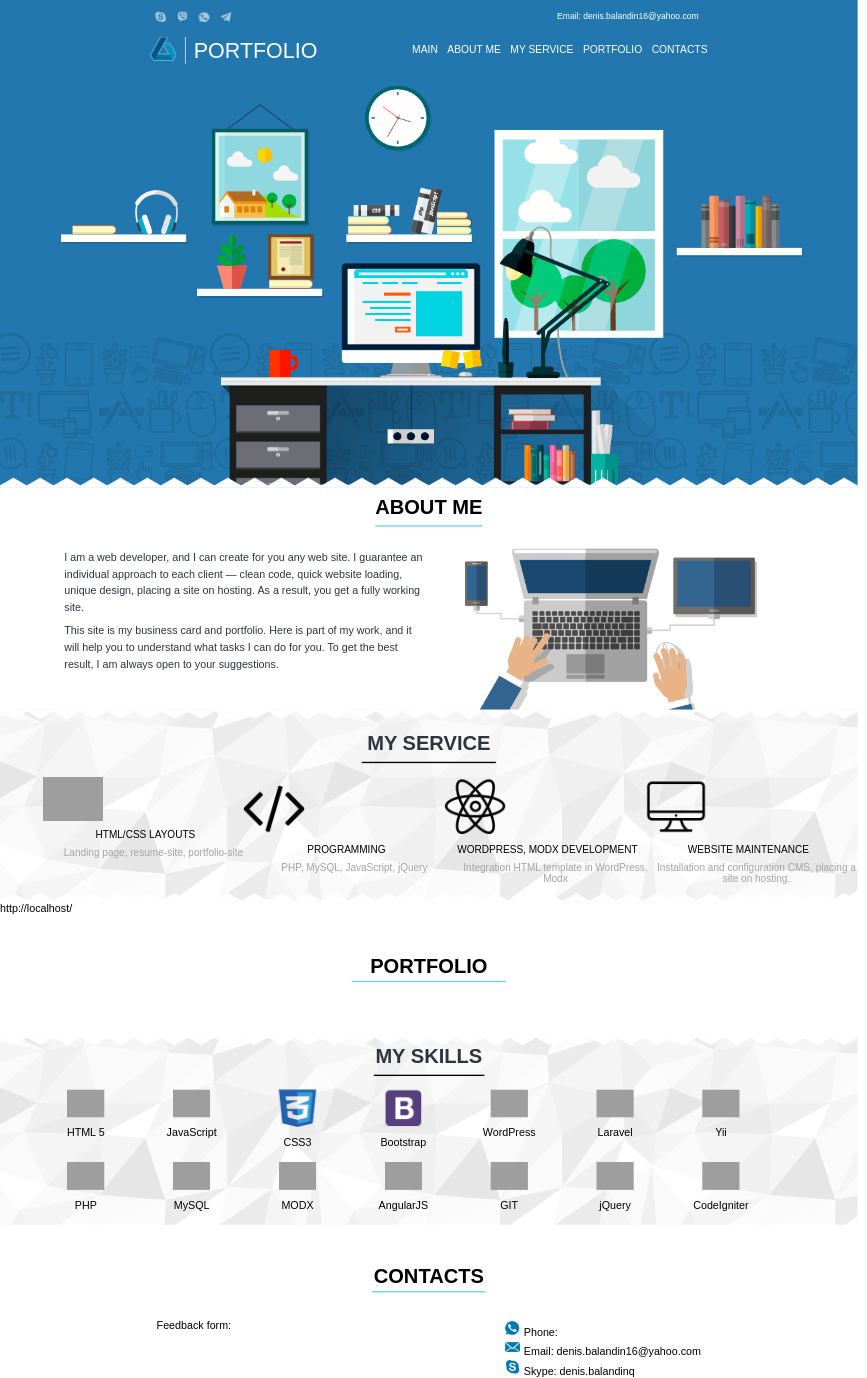
Repository: DenisBalandin/Portfolio
Page: /
An editor plug-in stored every save of this project. The page is shown before and after the next save, followed by the edit.
The browser window is 1280 px wide. The page is 1294 px wide, so the pictures cover 1294 px, including what lies to the right of the window. The pictures show the whole page, at 67% of full size.
Pictures or frames that could not be fetched are drawn as grey boxes. The page's requests for data from a server got no answer. The project was rebuilt for these pictures with package versions that can differ from the ones it lists, and the page was loaded fresh each time. No one was signed in, and anything a server would have sent is missing. Also part of the build but not shown: src/ItemPage.js.

Above is the page before, as saved 2020-03-07 15:13:46.

### src/App.js
import React from 'react';
import './style.scss';
import ItemPage from './ItemPage';
import Home from './Home';
import Header from './Header';


import {BrowserRouter as Router,Route, Link} from 'react-router-dom';

function App(){
  return (
    <Router>
      <Header/>
      <Route exact path="/pageitem" component={ItemPage} />

      <Route exact path="/pageitem/:itemid" component={ItemPage} />
      <Route exact path="/" component={Home} />
    </Router>
  );
}

export default App;

### src/style.scss
*{padding: 0; margin: 0;}
body{font-family: Arial; min-width: 500px; }
a{text-decoration: none; color: #FFFFFF; text-decoration: none;}
li{list-style: none;}

/* Heder */
#first_page_bg{
    width:100%;
    height: 70%;
    background: #2277ae;
    header{
        width: 65%;
        margin: 0 auto 0 auto;
        .up_menu_links{
            display: flex;
            justify-content: space-between;
           padding: 2% 0 0 0;
            .social_link{
                width: 30%;
                a{

                    img{
                        width: 7%;
                    }
                    margin: 0 3% 0 3%;
                }
            }
            .email_heder{
                 width: 30%;
                margin: 0 1.5% 0 0;
                a{
                    // display: flex;
                    .email_icon{
                        // width: 15%;
                        // width: 100%;
                        img{
                            width: 100%;
                            // position: absolute;
                            margin: 0 0 0 -2%;
                            // height: 100%;
                        }
                    }
                    div{
                        margin: 0.3% -2% 0 15%;
                        font-size: 1.0vw;
                    }
                }
            }
        }
        menu{
            margin:2% 0 5% 0;
            display: flex;
            justify-content: space-between;
            flex-wrap: wrap;
            width: 100%;
            .logo{
                width: 30%;
                display: flex;
                height: 100%;
                img{
                   width: 100%;
                //    height: 100%;
                //    margin: 5% 0 0% 0;
                }
                .company_name{
                    margin: auto;
                    margin: 0% 0 0 5%;
                    // height: 90%;
                    padding: 0 0 0 5%;
                    border-left: #FFFFFF 1px solid;
                    font-size: 2.5vw;
                    // height: 100%;
                    display: table;
                    a{
                        vertical-align: middle;
                    }
                }
            }
            .menu_heder{
                padding: 1.2% 0 0 0;
                width: 53%;
                display: flex;
                justify-content: space-between;
                div{
                    display: table;
                    a{
                        font-size: 1.2vw;
                        vertical-align: middle;

                    }
                    a:hover{
                        text-decoration: underline;
                    }
                }
            }
        }
    }
}
/*Heder end*/

/*Page*/
#first_page_bg_single{ width: 100%; height: 195px; background: #2277ae; padding:0px 0 0 0; overflow: hidden;}
.bg_page_insaide_page{width: 100%; background: url("img/pattop1.png") repeat-x; height: 230px; position: relative; z-index:5;}
.deltatop_page_page{width: 100%; background: url("img/deltatop.png") repeat-x; height: 14px; position: relative; z-index: 20; margin: -13px 0 0 0;}
#content_page{
    max-width: 1200px;
    margin: 30px auto 0px auto;
    display: flex;
    flex-wrap: wrap;
    flex-direction: row;
    justify-content: space-around;
}
.content_pageh1{
    font-size: 30px;
    text-transform: uppercase;
    text-align: center;
    font-weight: bold;
    position: relative;
    margin-bottom: 30px;
    color:#303440;
    text-decoration: underline;
    padding: 40px 0 10px 0;
}
#content_page img{
    width: 100%;
    height: auto;
}
/*Page end*/
.order_site{float: right; margin: 15px 0 0 20px; width: 178px; height: 30px; border: 1px solid #6ca6cd; text-align: center; color: #ffffff; padding: 10px 0 0 0; font-size: 14px; box-shadow: 9px 8px 4px -7px #2277ae; }
.order_site:hover{background: #0298cc; cursor: pointer;}
.company_name{
    color: #ffffff;
    font-size: 45px;
    margin: -10px 0 0 15px;
}
.company_name a{color: #FFFFFF;}
.company_name a:hover{color: #FFFFFF; text-decoration: none;}
.logo_border{
    width: 1px; height: 50px; background: #FFFFFF; margin: 0 10px 0 25px;
}
.content_description{
    max-width: 750px;
    height: 60px;
    float: left;
    font-size: 14px;
    color: #303440;
    margin: 0 0px 0 0;
}
.tools{ font-size: 15px; color: #303440; padding: 0 0 0 0px; }
.content_link{font-size: 15px; color: #303440; margin:0px 0 20px 0;}
.content_link a{color: #303440; text-decoration: underline;}
.content_link a:hover{text-decoration: none;}
.content_text{
    width: 80%;
    background: #fff;
    border: 1px solid #59759b;
    overflow: hidden;
    margin: 0 auto 0 auto;
}
.content_text img{
    width: 100%!important;
    height: 50%!important;
}
.web_line{ background:url("img/web_line.jpg")no-repeat;  display: inline-block; height: 69px; max-width: 1150px; margin: 0 0 -5px 0; border-right: 1px solid #59759b; border-left: 1px solid #59759b; border-top: 1px solid #59759b;}
.content_url{float: left; margin: 40px 0 0 160px;}
.content_url a{color: #585353;}
/*Links end*/
.flex-container {
    display: flex;
    flex-direction:  row-reverse;
}
/*Top Menu*/
.heder_menu{
    display: flex;
}
.top_menu{
    margin: 20px 0;
    display: flex;
    flex-direction:row;
}
/*Page bg*/
.page_bg{
    margin: -10px auto 0 auto;
}
.bg_page_insaide{width: 100%; background: url("img/pattop.png") repeat-x;  position: relative; z-index:5; background-position: bottom;
    display: flex;
    flex-direction: column;
}
.bg_page_insaide_single{width: 100%; margin: 15px 0 0 0; background: url("img/pattop.png") repeat-x; height: 130px; position: relative; z-index:5;}
.deltatop_page{width: 100%; background: url("img/deltatop.png") repeat-x; height: 14px; position: relative; z-index: 20; margin: -14px 0 0 0;}
/*Page bg end*/

/*About me*/
#about_me{
    width: 85%;
    margin:  1% auto 0% auto;
    h1{
        font-size: 30px;
        text-transform: uppercase;
        margin: 0 auto 2% auto;
        font-weight: bold;
        position: relative;
        border-bottom: 2px solid #6dcff6;
        width: 160px;
        padding: 0 0 10px 0;
    }
    .about_me_content{
    display: inline-block;
    height: 40%!important;

        p{
            box-sizing: border-box;
            font-size: 20px "Roboto";
            line-height: 25px;
            color: #303440; margin: 1% 0 1% 0;
        }
        img{
            // width: 30%;
            padding: 0 5% 0 5%;
            margin: 0 0 0% 0;

        }
    }
}
/*About me end*/

/*My Service*/
#my_service_bg{
    height: 100%;
    background: url("img/bgdelta.png") repeat-x;
    h3{
        font-size: 30px;
        text-transform: uppercase;
        font-weight: bold;
        color: #303440;
        width: 200px;
        text-align: center;
        margin: 20px auto 20px auto;
        border-bottom: 2px #000000 solid;
        padding: 0 0 10px 0;
    }
    .my_service_line_top{
        width: 100%;
        height: 14px;
        background: url("img/deltabottom.png") repeat-x;
    }
    .my_service_line_bottom{
        width: 100%;
        height: 14px;
        background: url("img/deltatop.png") repeat-x;
    }
    #my_service{
        width: 90%;
        margin: 0px auto 1% auto;
        display: flex;
        // flex-wrap: wrap;
        // justify-content: space-between;

        div{

            // text-align: center;
            width: 300px;


            img{
                width: 30%;
                margin:  0 auto 2% auto!important;
            }
            .text_1{
                // text-align: center;
                padding: 0 1% 0 1%;
                font-size: 15px;
            }
            .text_2{
                // text-align: center;
                padding: 0 5% 0 5%;
                color:#a4a4a4;
                font-size: 15px;
                // width: 300px;
            }
        }
    }
}


/*My service end*/

/*Portfolio*/
#portfolio{
    max-width: 1200px;
    margin: 0 auto 40px auto;
    display: flex;
    flex-direction:row;
    flex-wrap: wrap;
    justify-content: center;
}
.portfolioh3{
    font-size: 30px;
    text-transform: uppercase;
    text-align: center;
    font-weight: bold;
    position: relative;
    border-bottom: 2px solid #6dcff6;
    width: 230px;
    margin: 60px auto 40px auto;
    padding: 0 0 5px 0;
}
#portfolio .portfolioblock{
    border: 1px solid #bfd2e1;
    width: 368px;
    margin: 10px;
    box-shadow: 5px 5px 4px -5px #000000;
}
#portfolio div img{
    margin: -12px 0 0px 0;
    display: inline-block;
}
.p_name{
    background:#2d7eb2;
    text-align: center;
    height: 40px;
    opacity: 0.8;
    padding: 2px 20px;
    margin: 0 auto 0 auto;
}
.p_name a{
    font-size: 20px;
    color: #ffffff;
}
.p_name:hover{
    text-decoration: none;
}
/*Portfolio end*/

/*Content blog*/
#content_blog{ max-width: 1200px;  margin: 0 auto 40px auto; min-height: 300px;}
/*Content blog end*/



/*I used*/
#my_skils_bg{
    width: 100%;
    height: 100%;
    background: url("img/bgdelta.png") repeat-x;
    margin: 0 0 40px 0;
}
.my_skils_line_top{
    width: 100%;
    height: 14px;
    background: url("img/deltabottom.png") repeat-x;
}
.my_skils_line_bottom{
    width: 100%;
    height: 14px;
    background: url("img/deltatop.png") repeat-x;
}
#my_skils{
    max-width: 1200px;
    margin: 10px auto 0px auto;
    display: flex;
    flex-direction:row;
    flex-wrap: wrap;
}
#my_skils div img{}
.my_skillsh3{
    font-size: 30px;
    text-transform: uppercase;
    font-weight: bold;
    color: #303440;
    width: 165px;
    text-align: center;
    margin: 0 auto 20px auto;
    border-bottom: 2px #000000 solid;
    padding: 0 0 10px 0;
}
#my_skils div{ width: 140px; text-align: center; margin: 0 0 20px 18px;}
#my_skils div img{margin: 0 0 10px 0; width:40%;}
.about_me_img{}
.text_1{ text-align: center;}
.text_2{ text-align: center; margin: 10px 0 0 0; color:#a4a4a4; font-size: 13px;}
/*I used end*/

/*Portfolio*/
.contactsh3{
    font-size: 30px;
    text-transform: uppercase;
    text-align: center;
    font-weight: bold;
    position: relative;
    border-bottom: 2px solid #6dcff6;
    width: 170px;
    margin: 60px auto 40px auto;
    padding: 0 0 5px 0;
}
#contacts{
    max-width: 1200px;
    margin: 0 auto 0px auto;
    display: flex;
    flex-direction:row;
    flex-wrap: wrap;
    justify-content: space-around;
}
.formcont{ margin: 0 20px 0 0;}
.formcont input{border: 1px solid #dddddd; margin: 10px 0 10px 0; width: 250px; height: 30px; color: #666666; padding: 0 0 0 10px;}
.formcont textarea{border: 1px solid #dddddd; margin: 10px 0 10px 0; width: 410px; height: 70px; color: #666666; padding: 15px 0 0 10px;}
.formcont button{ background:#0298cc; height: 40px; width: 180px; color: #ffffff; font-size: 18px; border: 1px solid #6ca6cd; cursor: pointer;}
.formcont button:hover{ background:#2277ae;}
/*Portfolio end*/

/*Footer*/
#footer_bg{background: #2277ae; width: 100%; height: 100px; margin: 50px 0 0 0; }
#footer{max-width: 1200px;  margin: 10px auto 0px auto; height: 50px;}
.copyright{ color: #ffffff; margin: 25px 0 0 10px;}
.footermenu{ margin: 25px 0 0 0;}
.footermenu li{float: left; font-size: 14px; margin: 0 10px 0 10px; color: #ffffff; border-bottom: 1px solid #ffffff;}
.footermenu li:hover{border-bottom: 1px solid #2277ae;}
/*footer end*/


@media all and (max-width: 900px) {
    menu{
        display: block!important;
        .logo{
            width: 60%;
           margin: 2% auto 2% auto;
        }
        .menu_heder{
            width: 90%!important;
            margin: 2% auto 4% auto;
            a{
                font-size: 2vw!important;
            }

        }
    }
    .social_link{
        display: none
    }
    .email_heder{
        display: none
    }
    #my_service{
        flex-wrap: wrap;
    }

    #about_me p img {
        width: 0%;
    }

    #my_skils div img {
        width: 0% !important;
    }

    #my_skils{
        justify-content: space-around!important;
    }
    #my_skils div{
        margin: 0 !important;
    }
    .top_menu{
        display: none!important;
    }
    .menu{
        margin: 10px 0 40px 0!important;
        justify-content: space-around !important;
    }
    #about_me p{
        padding: 0 30px 0 30px!important;
    }
}

### src/Home.js
import React,{Component} from 'react';
import AboutMe from './AboutMe';
import MyService from './MyService';
import MySkills from './MySkills';
import Contacts from './Contacts';
import Portfolio from './Portfolio';
import {BrowserRouter as Router,Route, Link} from 'react-router-dom';


class Home extends Component{
    render(){
        return(
            <div>
                <Router>
                    <AboutMe/>
                    <MyService/>
                    <Portfolio/>
                    <MySkills/>
                    <Contacts/>
                </Router>
            </div>
        );
    }
}
export default Home;

### src/AboutMe.js
import React from 'react';
import aboutme from './img/aboutme.png';

function AboutMe(){
    return(
        <div id="about_me">
            <h1>ABOUT ME</h1>
            <div className="about_me_content">
                <p>
                    <img className="about_me_img" align="right" src={aboutme} width="40%"/>
                    I am a web developer, and I can create for you any web site. I guarantee an individual approach to each client — clean code, quick website loading, unique design, placing a site on hosting. As a result, you get a fully working site.
                </p>
                <p>
                    This site is my business card and portfolio. Here is part of my work, and it will help you to understand what tasks I can do for you. To get the best result, I am always open to your suggestions.
                </p>
            </div>
        </div>
    );
}
export default AboutMe;

### src/MyService.js
import React from 'react';
import html_icon from './img/html_icon.png';
import code_icon from './img/code_icon.png';
import react from './img/react_icon.png';
import display_icoon from './img/display_icoon.png';

function MyService(){
    return(
        <div id="my_service_bg">
          <div className="my_service_line_top"></div>
          <h3>MY SERVICE</h3>
          <div id="my_service">
              <div>
                <img src={html_icon} />
                <div className="text_1">HTML/CSS LAYOUTS</div>
                <div className="text_2">Landing page, resume-site, portfolio-site</div>
              </div>
              <div>
                <img  src={code_icon} />
                <div className="text_1">PROGRAMMING</div>
                <div className="text_2">PHP, MySQL, JavaScript, jQuery</div>
              </div>
              <div>
                <img src={react}/>
                <div className="text_1">WORDPRESS, MODX DEVELOPMENT</div>
                <div className="text_2">Integration HTML template in WordPress, Modx</div>
              </div>
              <div>
                <img src={display_icoon}/>
                <div className="text_1">WEBSITE MAINTENANCE</div>
                <div className="text_2">Installation and configuration CMS, placing a site on hosting.</div>
              </div>
          </div>
          <div className="my_service_line_bottom"></div>
      </div>
    );
}
export default MyService;

### src/MySkills.js
import React from 'react';
import css3 from './img/css3.png';
import bootstrap from './img/bootstrap.png';

function MySkills(){
    return(
        <div id="my_skils_bg">
            <div className="my_skils_line_top"></div>
            <h3 className="my_skillsh3">My Skills</h3>
            <div id="my_skils">
                <div>
                    <img src="<?php bloginfo('template_directory'); ?>/img/html5.png" />
                    <p>HTML 5</p>
                </div>
                <div>
                    <img src="<?php bloginfo('template_directory'); ?>/img/js.png"/>
                    <p>JavaScript</p>
                </div>
                <div><img src={css3}/> <p>CSS3</p></div>
                <div><img src={bootstrap}/><p>Bootstrap</p></div>
                <div><img src="<?php bloginfo('template_directory'); ?>/img/wordpress.png"/><p>WordPress</p></div>
                <div><img src="<?php bloginfo('template_directory'); ?>/img/laravel.png"/><p>Laravel</p></div>
                <div><img src="<?php bloginfo('template_directory'); ?>/img/yii.png"/><p>Yii</p></div>
                <div><img src="<?php bloginfo('template_directory'); ?>/img/php.png"/><p>PHP</p></div>
                <div><img src="<?php bloginfo('template_directory'); ?>/img/mysql.png"/><p>MySQL</p></div>
                <div><img src="<?php bloginfo('template_directory'); ?>/img/modx.png"/><p>MODX</p></div>
                <div><img src="<?php bloginfo('template_directory'); ?>/img/angular.png"/><p>AngularJS</p></div>
                <div><img src="<?php bloginfo('template_directory'); ?>/img/git.png"/><p>GIT</p></div>
                <div><img src="<?php bloginfo('template_directory'); ?>/img/jquery.png"/><p>jQuery</p></div>
                <div><img src="<?php bloginfo('template_directory'); ?>/img/codeigniter.png"/><p>CodeIgniter</p></div>
            </div>
            <div className="my_service_line_bottom"></div>
        </div>
    );
}
export default MySkills;

### src/Contacts.js
import React from 'react';
import skype_cont from './img/skype_cont.jpg';
import mail_cont from './img/mail_cont.jpg';
import phone_cont from './img/phone_cont.png';

function Contacts(){
    return(
        <>
            <h3 className="contactsh3">CONTACTS</h3>
            <div id="contacts">
                <div className="formcont">
                    <p>Feedback form:</p>

                </div>
                <div className="contacts">
                    <div>
                    <img src={phone_cont}/> <span>Phone:</span>
                    </div>
                    <div>
                    <img src={mail_cont}/> <span>Email: denis.balandin16@yahoo.com  </span>
                    </div>
                    <div>
                    <img src={skype_cont}/> <span>Skype: denis.balandinq </span>
                    </div>
                </div>
            </div>
        </>
    );
}
export default Contacts;

### src/Portfolio.js
import React,{Component} from 'react';
import portfolioicon from './img/portfolioicon.jpg';
import { db } from "./firebase";
import ReactHtmlParser, { processNodes, convertNodeToElement, htmlparser2 } from 'react-html-parser';
import {BrowserRouter as Router,Route, Link} from 'react-router-dom';

class Portfolio extends Component{
    constructor(props){
        super(props);
        this.state = {
            pages:[]
        }
    }
    componentDidMount(){
        this.getFetch();
    }
    getFetch = () => {
        // db.collection("messages")
        // .get()
        // .then(querySnapshot => {
        //     let fullArray = [];
        //     const data = querySnapshot.docs.map(doc => doc.data());
        //     for(var int = 0; int < data.length; int++){
        //         fullArray[int] = {
        //             name: data[int].name,
        //             date:data[int].date,
        //             check:data[int].check,
        //             id: querySnapshot.docs[int].id,
        //         }
        //     }
        //     this.setState({ users: fullArray });
        // });
        fetch('http://testwoo/wp-json/wp/v2/posts')
        .then(response => response.json())
        .then(
            result => this.setState({
                pages:result
            })
        );
    }

    render(){
       return(
           <>
           {window.location.href}
            {/* <Route exact path="/"  component={Home}/> */}
            <h3 className="portfolioh3">PORTFOLIO</h3>
            <div id="portfolio">
                {this.state.pages.map((page, index)=>
                    <div className="portfolioblock">
                        {/* <Link to={`/pageitem/${page.id}`}>
                            <img src={portfolioicon}  width="368"/>
                            { ReactHtmlParser(page.excerpt.rendered)}
                        </Link>
                        <div className="p_name">
                            <a href="/pexuniverse/">{page.title.rendered}</a>
                        </div> */}
                    </div>
                )}


            </div>
        </>
       );
   }
}
export default Portfolio;

### src/firebase.js
import firebase from 'firebase';

const firebaseApp = firebase.initializeApp({
    apiKey: "AIzaSyBH21wpMVzXC2kYGnD8x1tI6ru-zdWNAqs",
    authDomain: "test-4ba23.firebaseapp.com",
    databaseURL: "https://test-4ba23.firebaseio.com",
    projectId: "test-4ba23",
    storageBucket: "test-4ba23.appspot.com",
    messagingSenderId: "597606478464",
    appId: "1:597606478464:web:6e48455407186638df2c65",
    measurementId: "G-NDR2C185V9"
});

const db = firebaseApp.firestore();

export {db};

Loaded but not shown: public/index.html (common file); src/index.js (common file); src/index.css (common file); src/serviceWorker.js (common file); src/Header.js (72 lines, source omitted)

After the next save:
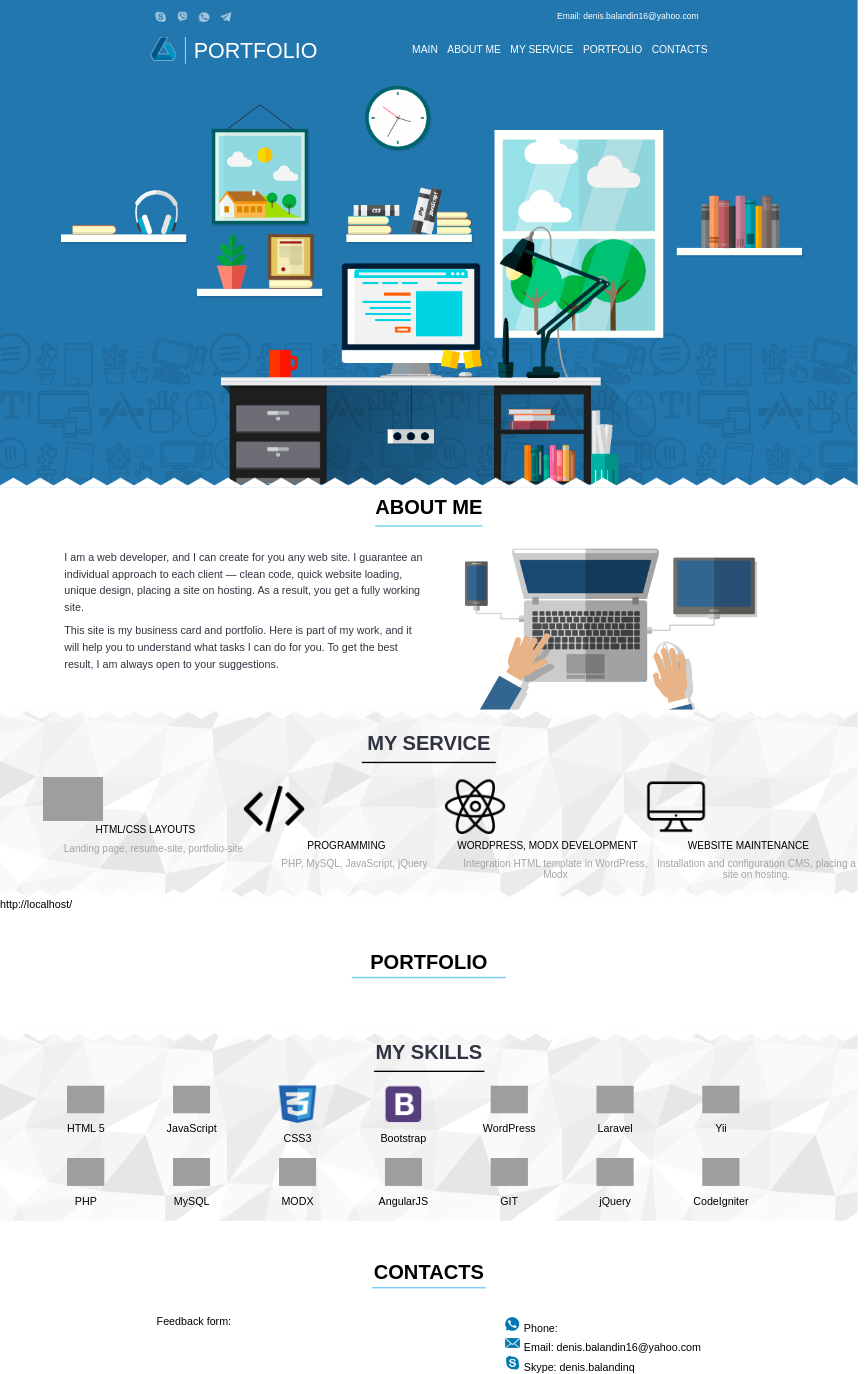
Saved 12 s later.
--- a/src/style.scss
+++ b/src/style.scss
@@ -264,7 +264,7 @@
 
             img{
                 width: 30%;
-                margin:  0 auto 2% auto!important;
+
             }
             .text_1{
                 // text-align: center;
